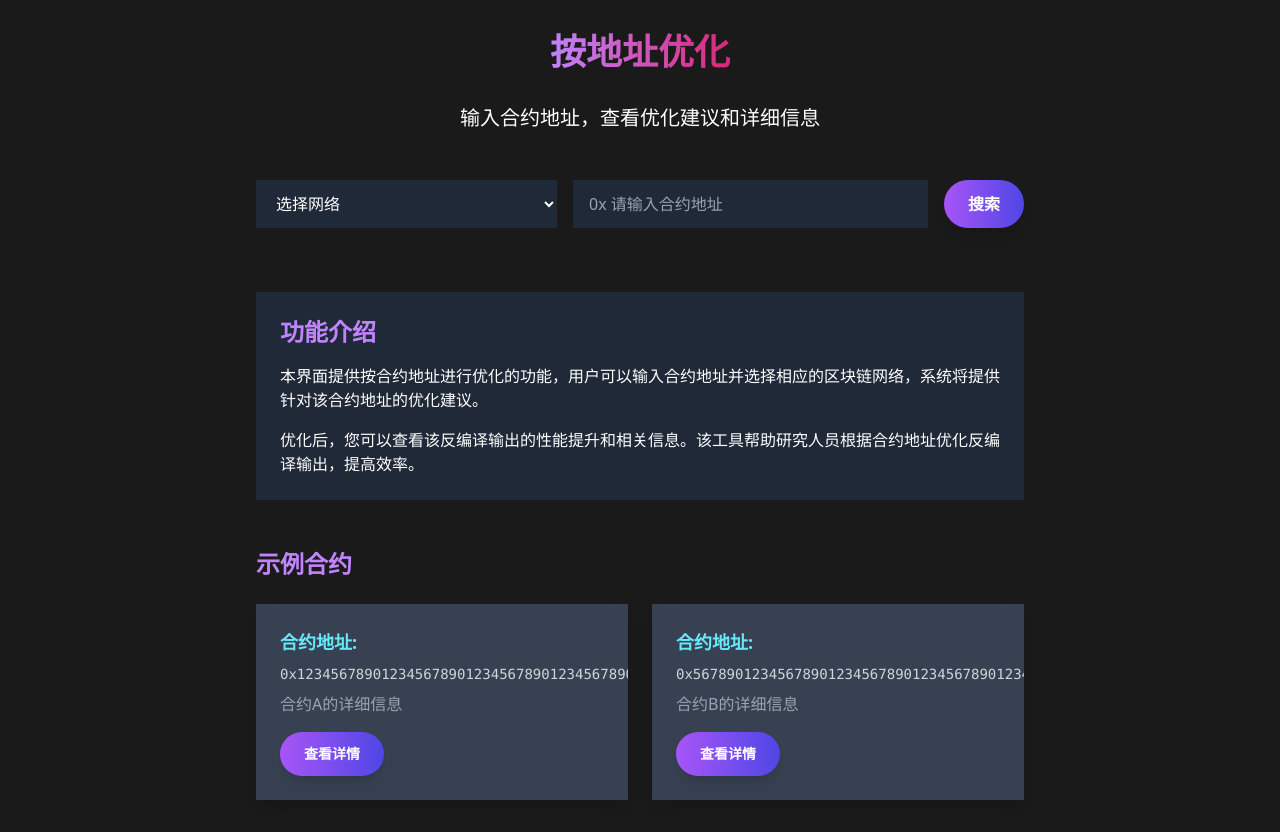
Repository: RunnerQuan/smart-halo
Page: /contract-optimization
These files come from the project's save history. The page is drawn as it stood at one moment and after the next save; the edit follows.
The browser window is 1280 px wide. The pictures show the whole page.
The project was rebuilt for these pictures with package versions that can differ from the ones it lists, and the page was loaded fresh each time. The framework's server and built-in components were replaced by stand-ins that run in the browser. Also part of the build but not shown: next.config.mjs.

Above is the page before, as saved 2024-10-17 11:14:08.

After the next save:
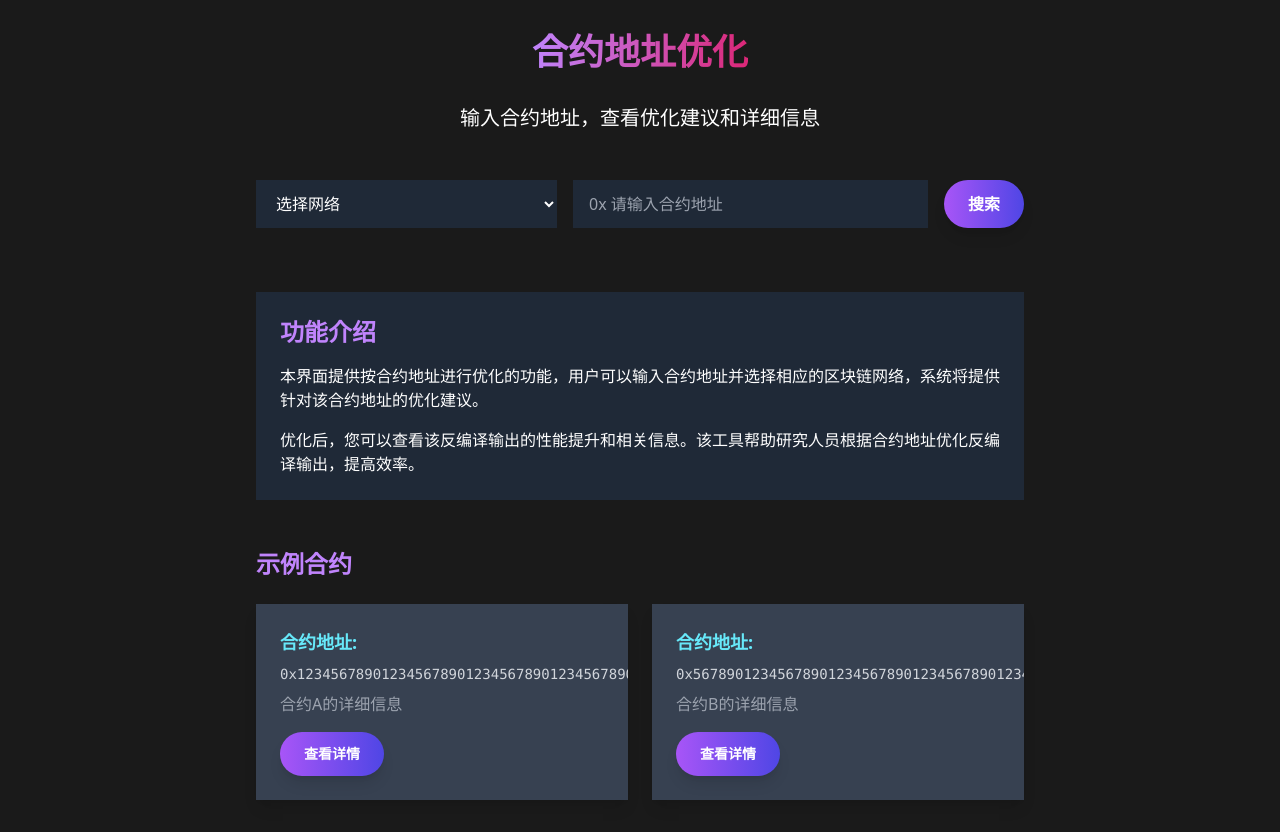
Saved 99 s later.
--- a/app/contract-optimization/page.tsx
+++ b/app/contract-optimization/page.tsx
@@ -25,7 +25,7 @@ export default function ContractOptimization() {
         animate={{ opacity: 1, y: 0 }}
         transition={{ duration: 0.5 }}
       >
-        按地址优化
+        合约地址优化
       </motion.h1>
       <motion.p
         className="text-xl mb-12 text-center max-w-2xl"
